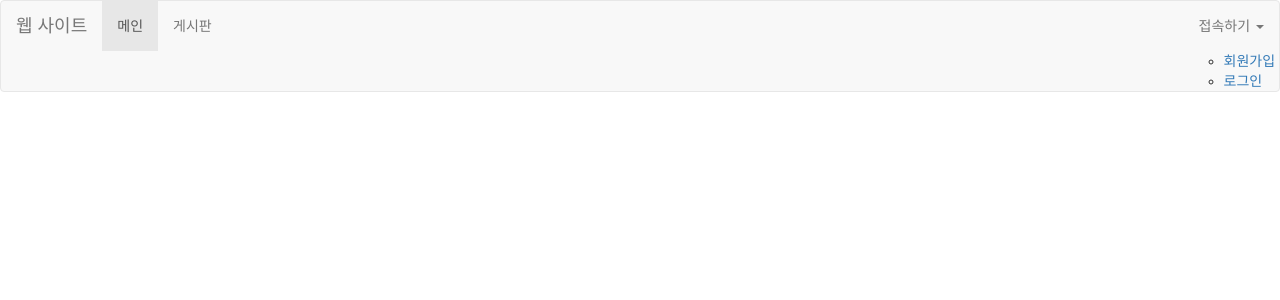
Repository: hayeon/JSP_BBS
Page: http://localhost/BBS/bbs.jsp
These files come from the project's save history. The page is drawn as it stood at one moment and after the next save; the edit follows.
The browser window is 1280 px wide. The pictures show the whole page.
The page is served by Tomcat 9.

Above is the page before, as saved 2021-07-24 12:55:08.
Console error (its wording comes from the project's code and is left out).

After the next save:
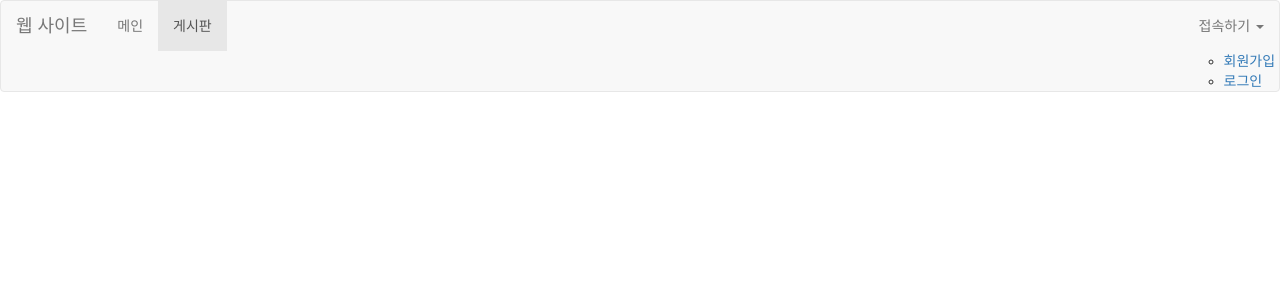
Saved 14 min 35 s later.
--- a/notice_board/BBS/WebContent/bbs.jsp
+++ b/notice_board/BBS/WebContent/bbs.jsp
@@ -40,9 +40,9 @@
 			<ul class="nav navbar-nav">
 				<!--ul은 리스트를 보여줌-->
 
-				<li class="active"><a href="main.jsp">메인 </a></li>
+				<li ><a href="main.jsp">메인 </a></li>
 				<!-- 메인으로 이동함 -->
-				<li><a href="bbs.jsp">게시판 </a></li>
+				<li class="active"><a href="bbs.jsp">게시판 </a></li>
 				<!-- 게시판으로 이동함 -->
 			</ul>
 			<%
@@ -79,9 +79,14 @@
 
 		</div>
 	</nav>
+	<div class ="container">
+	<div class ="row">
+		<table class="table table-strped" style ="text-align" center: border: 1px solid # ddddddd"
+		</div>
+	</div>
 
-	<script
-		src="https://maxcdn.bootstrapcdn.com/bootstrap/3.3.7/js/bootstrap.min.js"></script>
+
+	<script	src="https://maxcdn.bootstrapcdn.com/bootstrap/3.3.7/js/bootstrap.min.js"></script>
 	<script src="js/bootstrap.js"> </script> <!-- js폴더 안에 부트스트랩 참조 -->
 </body>
 </html>
